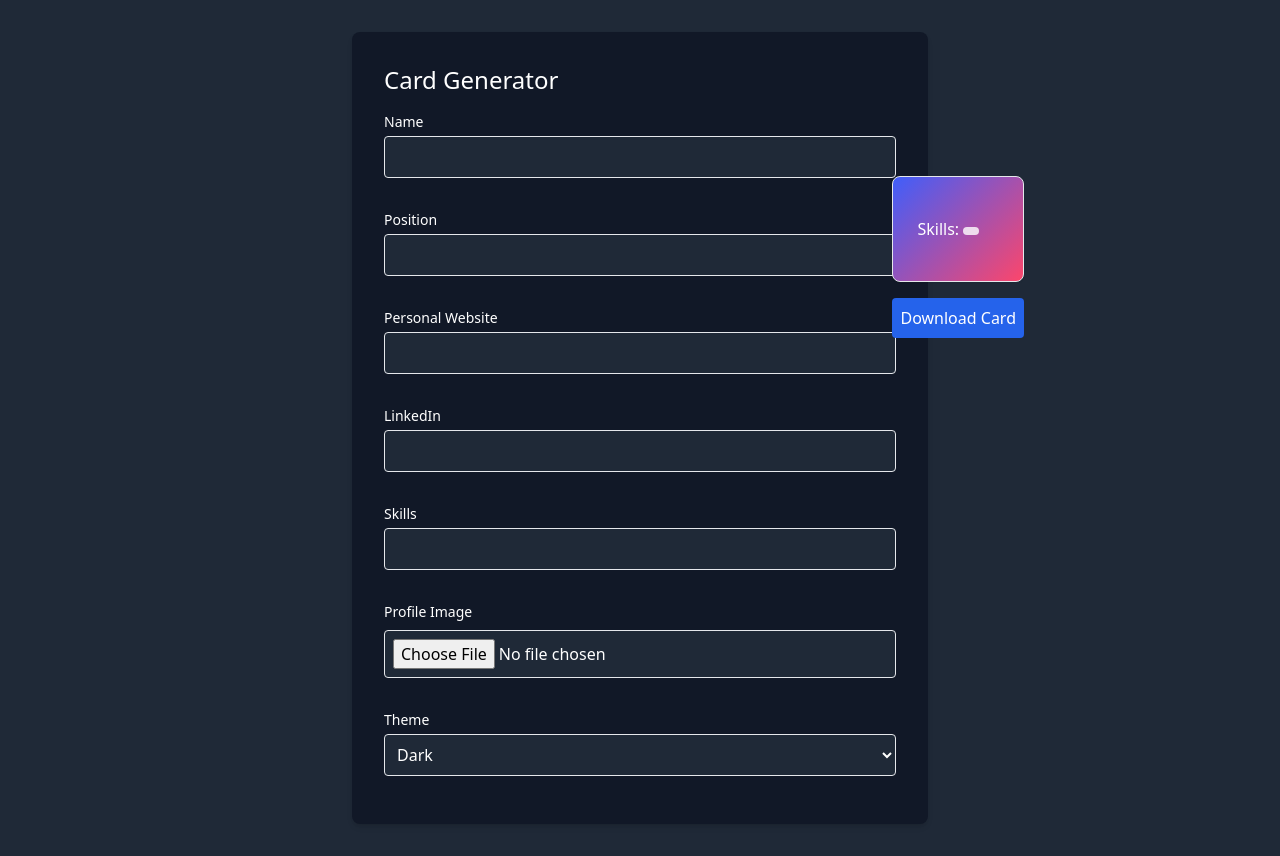
Repository: SmanSayeed/card-generator-react-application
Page: /
These files come from the project's save history. The page is drawn as it stood at one moment and after the next save; the edit follows.
The browser window is 1280 px wide. The pictures show the whole page.
The project was rebuilt for these pictures with package versions that can differ from the ones it lists, and the page was loaded fresh each time. A package was used in the major version that the imports need, not the one package.json lists. Also part of the build but not shown: vite.config.js.

Above is the page before, as saved 2024-09-24 16:39:59.

After the next save:
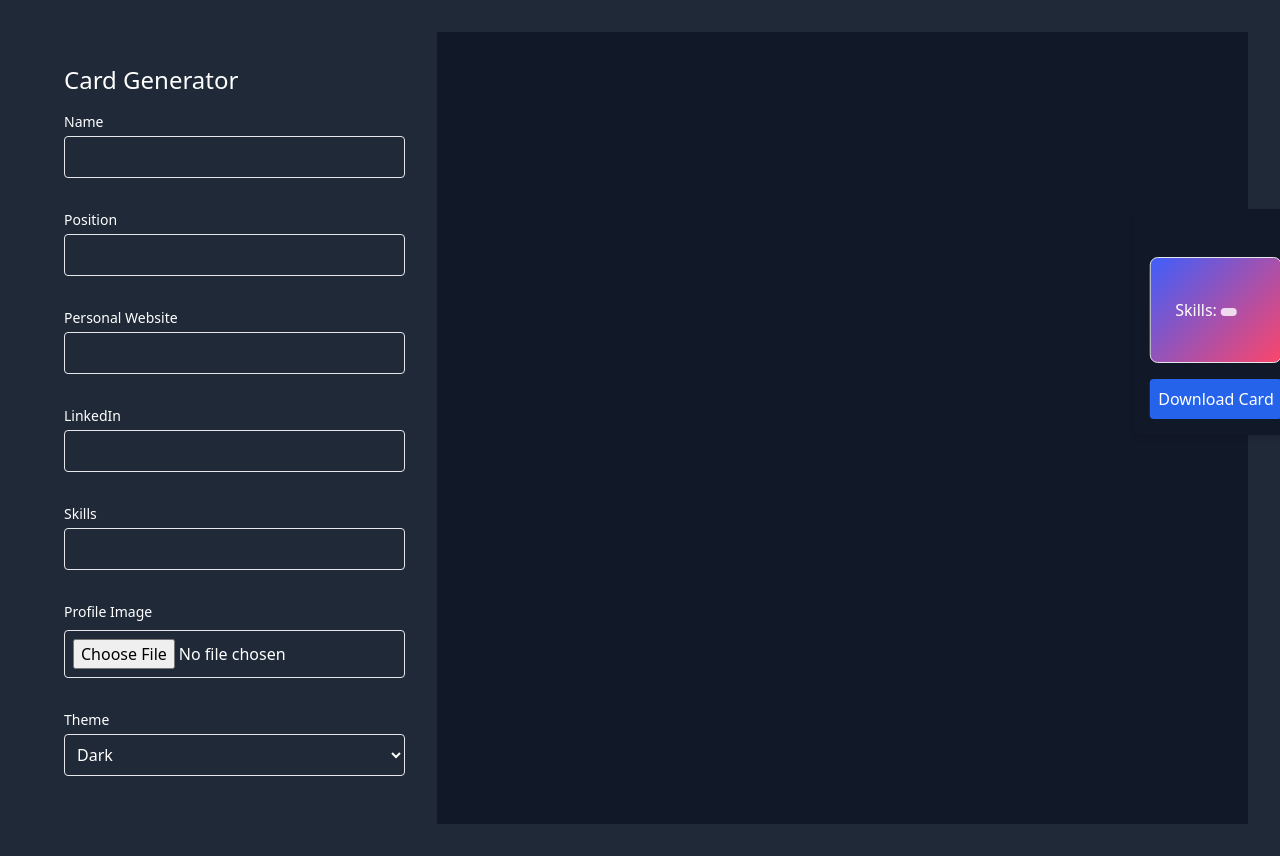
Saved 25 s later.
--- a/src/components/template/CardGenerator.jsx
+++ b/src/components/template/CardGenerator.jsx
@@ -1,12 +1,14 @@
-import React from "react";
-
+import React, { useState } from "react";
 import html2canvas from "html2canvas";
 import jsPDF from "jspdf";
 import CardForm from "../organisms/CardForm";
 import Card from "../organisms/Card";
 import Button from "../atoms/Button";
+import { MenuIcon, XIcon } from "@heroicons/react/solid"; // Assuming heroicons is installed
 
 const CardGenerator = () => {
+  const [isMenuOpen, setIsMenuOpen] = useState(false);
+
   const downloadCard = () => {
     const input = document.getElementById("card");
     html2canvas(input).then((canvas) => {
@@ -18,21 +20,49 @@ const CardGenerator = () => {
   };
 
   return (
-    <div className="max-w-xl mx-auto bg-gray-900 text-white p-8 rounded-lg shadow-md ">
-      <div className="relative overflow-hidden">
-        <div>
+    <div className="relative min-h-screen bg-gray-900 text-white">
+      <div className="flex flex-col md:flex-row">
+        {/* Hamburger menu for mobile view */}
+        <div className="md:hidden">
+          <button
+            onClick={() => setIsMenuOpen(!isMenuOpen)}
+            className="p-4 focus:outline-none"
+          >
+            {isMenuOpen ? (
+              <XIcon className="h-6 w-6 text-white" />
+            ) : (
+              <MenuIcon className="h-6 w-6 text-white" />
+            )}
+          </button>
+
+          <div
+            className={`fixed inset-y-0 left-0 bg-gray-800 w-4/5 z-50 transform ${
+              isMenuOpen ? "translate-x-0" : "-translate-x-full"
+            } transition-transform duration-300 ease-in-out overflow-y-auto`}
+          >
+            <div className="p-4">
+              <h1 className="text-2xl mb-4">Card Generator</h1>
+              <CardForm />
+            </div>
+          </div>
+        </div>
+
+        {/* Left portion: the form */}
+        <div className="hidden md:block md:w-1/2 lg:w-1/3 p-8 bg-gray-800">
           <h1 className="text-2xl mb-4">Card Generator</h1>
           <CardForm />
         </div>
 
-        <div className="fixed top-[20%] right-[20%]">
-          <div id="card">
-            <Card />
+        {/* Right portion: the card and download button */}
+        <div className="fixed top-0 right-0 p-4 md:translate-x-1/2 md:translate-y-1/2 transform md:top-16 md:right-16">
+          <div className="max-w-xs bg-gray-900 p-4 rounded-lg shadow-md">
+            <div id="card">
+              <Card />
+            </div>
+            <Button onClick={downloadCard}>Download Card</Button>
           </div>
-          <Button onClick={downloadCard}>Download Card</Button>
         </div>
       </div>
-
     </div>
   );
 };
